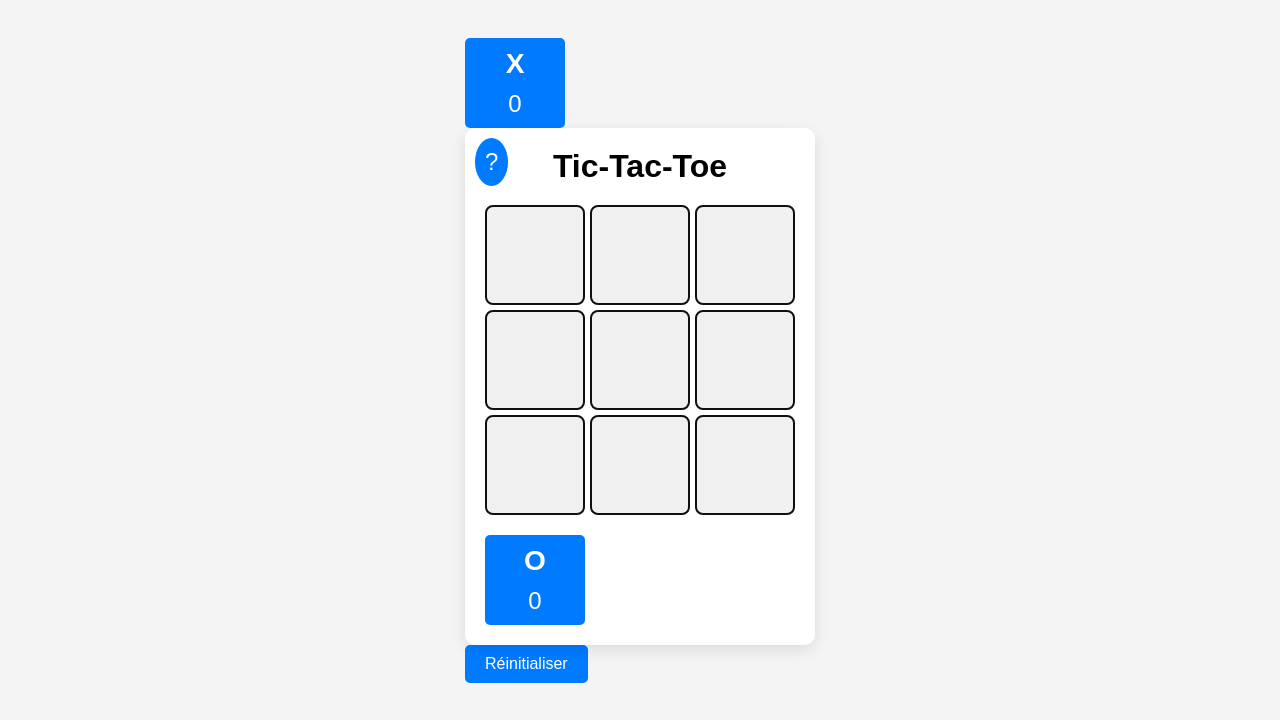
Repository: FTheo57/EvaluationGit
Page: index.html
These files come from the project's save history. The page is drawn as it stood at one moment and after the next save; the edit follows.
The browser window is 1280 px wide. The pictures show the whole page.

Above is the page before, as saved 2025-03-10 16:31:40.

### index.html
<!DOCTYPE html>
<html lang="fr">
<head>
    <meta charset="UTF-8">
    <meta name="viewport" content="width=device-width, initial-scale=1.0">
    <title>Tic-Tac-Toe</title>
    <link rel="stylesheet" href="/css/styles.css"
</head>
<body>
    <div class="game-wrapper">

        <div class="score-container" id="score-x">
            <h3>X</h3>
            <p id="score-x-value">0</p>
        </div>
    <div class="container">
        <button class="rules-btn" id="rules-btn">?</button>
        <h1>Tic-Tac-Toe</h1>
        <div class="game-board" id="game-board">
            <div class="cell" data-index="0"></div>
            <div class="cell" data-index="1"></div>
            <div class="cell" data-index="2"></div>
            <div class="cell" data-index="3"></div>
            <div class="cell" data-index="4"></div>
            <div class="cell" data-index="5"></div>
            <div class="cell" data-index="6"></div>
            <div class="cell" data-index="7"></div>
            <div class="cell" data-index="8"></div>
        </div>
        <div class="score-container" id="score-o">
            <h3>O</h3>
            <p id="score-o-value">0</p>
        </div>
    </div>
        <button id="reset">Réinitialiser</button>
        <div class="popup" id="popup">
            <div class="popup-content">
                <h2>Règles du Jeu</h2>
                <ul>
                    <li>Deux joueurs jouent à tour de rôle.</li>
                    <li>Chaque joueur marque son symbole (X ou O) dans une cellule vide.</li>
                    <li>Le premier joueur à aligner trois de ses symboles horizontalement, verticalement ou en diagonale gagne.</li>
                    <li>Si toutes les cellules sont remplies sans gagnant, c'est un match nul.</li>
                </ul>
                <button id="close-popup">Fermer</button>
            </div>
        </div>
    </div>


    <script src="/js/script.js"></script>
</body>
</html>

### css/styles.css
* {
    margin: 0;
    padding: 0;
    box-sizing: border-box;
}

body {
    font-family: Arial, sans-serif;
    display: flex;
    justify-content: center;
    align-items: center;
    height: 100vh;
    background-color: #f4f4f4;
}

.container {
    text-align: center;
    background-color: white;
    padding: 20px;
    border-radius: 10px;
    box-shadow: 0 5px 15px rgba(0, 0, 0, 0.1);
    position: relative;
}

.scoreboard {
    display: flex;
    justify-content: space-between;
    width: 100%;
    margin-bottom: 20px;
}

.score-container {
    width: 100px;
    text-align: center;
    padding: 10px;
    background-color: #007bff;
    color: white;
    border-radius: 5px;
    font-size: 1.5rem;
}

.score-container h3 {
    margin-bottom: 10px;
}
h1 {
    margin-bottom: 20px;
    font-size: 2rem;
}

.game-board {
    display: grid;
    grid-template-columns: repeat(3, 100px);
    grid-template-rows: repeat(3, 100px);
    gap: 5px;
    margin-bottom: 20px;
}

.cell {
    width: 100px;
    height: 100px;
    background-color: #f0f0f0;
    display: flex;
    justify-content: center;
    align-items: center;
    font-size: 2rem;
    cursor: pointer;
    border: 2px solid #101010;
    border-radius: 8px;
    transition: background-color 0.3s ease;
}

.cell:hover {
    background-color: #e0e0e0;
}

button {
    padding: 10px 20px;
    font-size: 1rem;
    cursor: pointer;
    background-color: #007bff;
    color: white;
    border: none;
    border-radius: 5px;
    transition: background-color 0.3s ease;
}

button:hover {
    background-color: #0056b3;
}
.rules-btn {
    position: absolute;
    top: 10px;
    left: 10px;
    padding: 10px;
    font-size: 1.5rem;
    background-color: #007bff;
    color: white;
    border: none;
    border-radius: 50%;
    cursor: pointer;
    transition: background-color 0.3s ease;
}

.rules-btn:hover {
    background-color: #0056b3;
}


.popup {
    display: none;
    position: fixed;
    top: 0;
    left: 0;
    width: 100%;
    height: 100%;
    background-color: rgba(0, 0, 0, 0.5);
    justify-content: center;
    align-items: center;
}

.popup-content {
    background-color: white;
    padding: 20px;
    border-radius: 10px;
    text-align: center;
    width: 300px;
}

.popup h2 {
    margin-bottom: 10px;
}

.popup ul {
    list-style-type: none;
    margin-bottom: 20px;
}

.popup button {
    background-color: #007bff;
    color: white;
    border: none;
    border-radius: 5px;
    padding: 10px;
    cursor: pointer;
}

.popup button:hover {
    background-color: #0056b3;
}

### js/script.js

const rulesBtn = document.getElementById('rules-btn');
const popup = document.getElementById('popup');
const closePopupBtn = document.getElementById('close-popup');


rulesBtn.addEventListener('click', () => {
    popup.style.display = 'flex';
});


closePopupBtn.addEventListener('click', () => {
    popup.style.display = 'none';
});

After the next save:
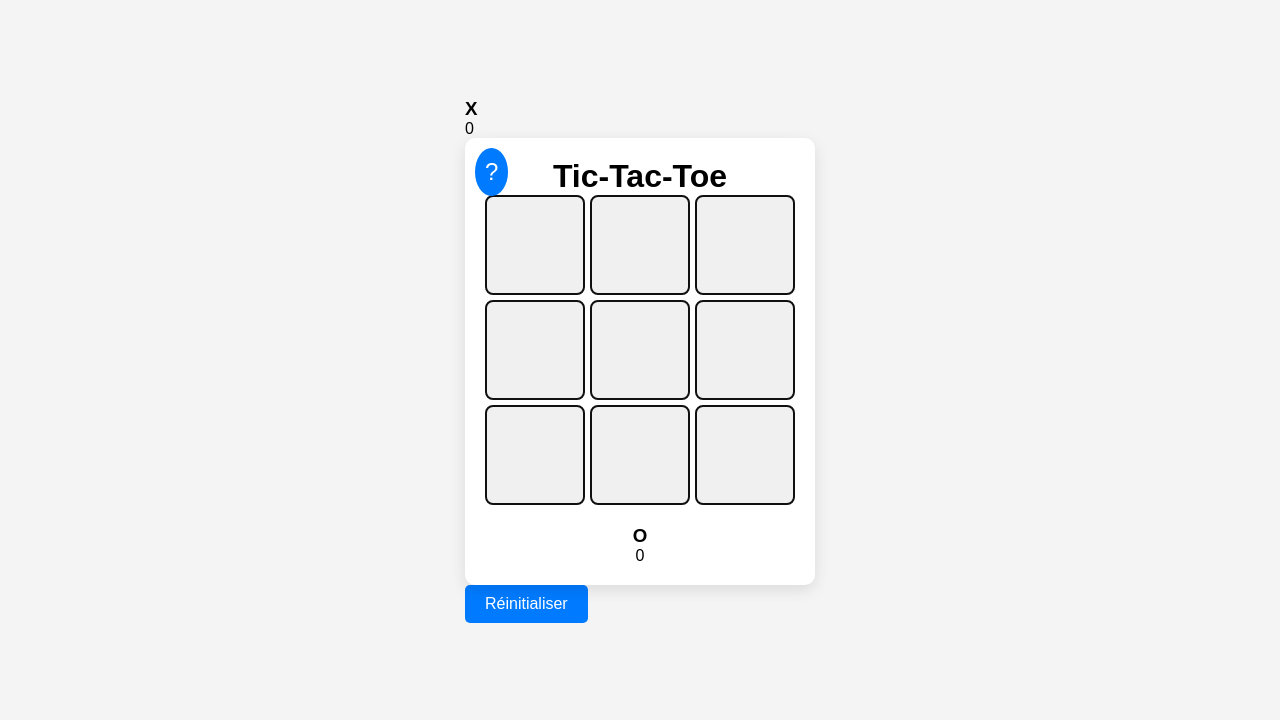
Saved 96 s later.
--- a/css/styles.css
+++ b/css/styles.css
@@ -22,26 +22,7 @@ body {
     position: relative;
 }
 
-.scoreboard {
-    display: flex;
-    justify-content: space-between;
-    width: 100%;
-    margin-bottom: 20px;
-}
-
-.score-container {
-    width: 100px;
-    text-align: center;
-    padding: 10px;
-    background-color: #007bff;
-    color: white;
-    border-radius: 5px;
-    font-size: 1.5rem;
-}
-
-.score-container h3 {
-    margin-bottom: 10px;
-}
+.
 h1 {
     margin-bottom: 20px;
     font-size: 2rem;
